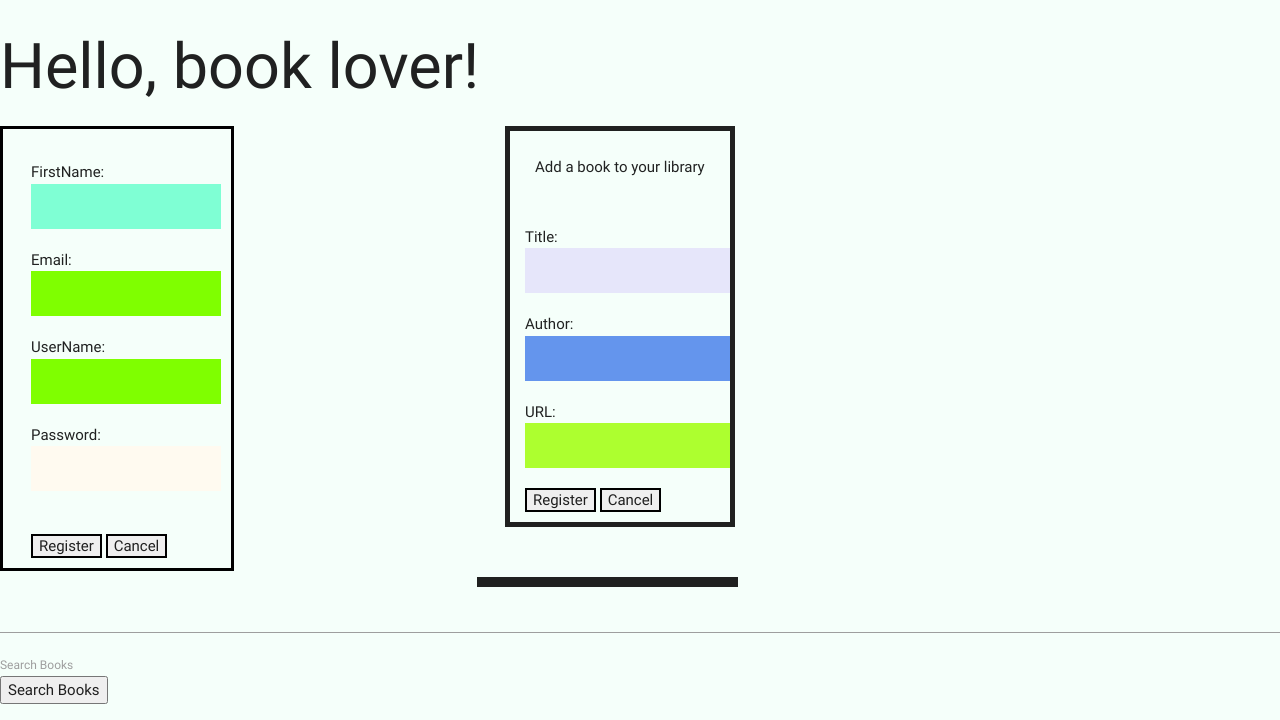
Repository: IuliaGusatu/cloudcomputingProjectSIMPREGusatuIulia
Page: environment/frontend/index.html
The author's editor kept a record of every edit. The page is drawn from the files as they stood at one moment, then again after the next edit.
The browser window is 1280 px wide. The pictures show the whole page.
The page's requests for data from a server got no answer.

Above is the page before.

### environment/frontend/index.html

<!DOCTYPE html>
<html style="background-color: mintcream;">
    <head>
         <link rel="stylesheet" href="https://cdnjs.cloudflare.com/ajax/libs/materialize/0.100.2/css/materialize.min.css">

        <title>BooksMania</title>
    </head>
    <body>
        <h1>Hello, book lover!</h1>
        <div style ="display: inline-block">
            <div style ="float: left; padding-left: 45px; border: 3px;border-color: black;border-style: solid;">
        <form style="margin: 10px;margin-left: -17px;">
  <input type="hidden" name="id" id="id" /><br />
  FirstName:<br />
  <input type="text" name="firstName" id="firstName" style="background-color: aquamarine;border-block-end-style: initial"/><br />
  Email:<br />
  <input type="text" name="email" id="email" style="border-block-end-style: initial;background-color: chartreuse;"><br/>
  UserName:<br />
  <input type="text" name="userName" id="userName" style="background-color: chartreuse;border-block-end-style: initial"><br/>
  Password:<br />
  <input type="text" name="password" id="password" style="background-color: floralwhite; border-block-end-style: initial"><br/>
  <br/>
  <input type="submit" value="Register" style="border-style: solid; border-color: black;" onSubmit="saveUsers()">
  <input type="reset" value="Cancel" style="border-style: solid; border-color: black;">
</form>
</div>
<div style ="float: right; margin-left:271px; border-color:black ; border-padding: 10px; border: 5px; border-style: solid;">
   <p style=" margin:25px">Add a book to your library</p>
  <form style=" margin-left: 15px;"onSubmit="saveBooks(event)">
  <input type="hidden" name="id" id="id" /><br />
  Title:<br />
  <input type="text" name="title" id="title"   style="background-color: lavender;border-block-end-style: initial"/><br />
  Author:<br />
  <input type="text" name="author" id="author" style="background-color: cornflowerblue; border-block-end-style: initial"><br/>
  URL:<br />
  <input type="text" name="url" id="url" style="background-color: greenyellow;border-block-end-style: initial"><br/>
  <input type="submit" value="Register" style=" margin-bottom: 10px;border-style: solid;border-color: black;">
  <input type="reset" value="Cancel"style="border-style: solid;border-color: black;">
</form>
</div>
</div>
<div   onSubmit ="showBooks()"id ="table"style="border-color:black ; border-padding: 10px; border: 5px; border-style: solid; margin-right: 542px; margin-left: 477px;">

</div>
<div id="search" >
		<form id="myform">
			<div >
				<input type="search" id="books">
				<label for="search">Search Books</label>
			</div>
			<button >Search Books</button>
		</form>
	</div>
	<div id="result">

	</div>

<script src="https://unpkg.com/axios/dist/axios.min.js"></script>
 <script
    src="https://code.jquery.com/jquery-3.3.1.min.js"
    integrity="sha256-FgpCb/KJQlLNfOu91ta32o/NMZxltwRo8QtmkMRdAu8="
    crossorigin="anonymous"></script>

<script>

    $(document).ready(function() {
        console.log('Hello from JQuery')
        showBooks()
    })
function showBooks() {
    axios.get('/books').then(function(results) {

        let html = ` <table style="width:500px;">
                <tr>
                    <th style="padding:10px">ID</th>
                    <th style="padding:10px">Title</th>
                    <th style="padding:10px">Author</th>
                    <th style="padding:10px">URL</th>

                </tr>`

        results.data.forEach(function(element) {
            html += `<tr>
                        <td>${element.id}</td>
                        <td>${element.title}</td>
                        <td>${element.author}</td>
                        <td>${element.url}</td>
                        <td>
                            <button onClick="editBooks(${element.id})" onClick="editBooks">Edit</button>
                            <button onClick="deleteBooks(${element.id})" onClick="deleteBooks">Delete</button>
                        </td>
                    </tr>`
        })

        html += `</table>`

        $('#table').html(html)
    }).catch(function(error) {
        console.log(error)
    })
}
function saveBooks(event) {
    event.preventDefault()

    let id = $('#id').val()
    let title = $('#title').val()
    let author = $('#author').val()
    let url = $('#url').val()

    if(id) {
        //make a request to PUT /messages/:id
  axios.put('/books/'+id, {
    title: title,
    author: author,
    url: url
}).then(function(result) {
    showBooks()
    $(event.target).trigger("reset")
}).catch(function(err) {
    alert('Resource could not be saved')
})
    } else {
        //make a request to POST /messages
axios.post('/books', {
    title: title,
    author: author,
    url: url
}).then(function(result) {
    showBooks()
    $(event.target).trigger("reset")
}).catch(function(err) {
    alert('Resource could not be saved')
})
    }

}

 function editBooks(id) {
    //get the values from the server
    axios.get('/books/'+id).then(function(result) {
        //display values in the form
        $('#id').val(result.data.id)
        $('#title').val(result.data.title)
        $('#author').val(result.data.author)
        $('#url').val(result.data.url)
    }).catch(function(err) {
        console.log(err)
        alert('Could not find resource')
    })
}

function deleteBooks(id) {
    axios.delete('/books/'+id).then(function(result) {
        showBooks()
    }).catch(function(err) {
        alert('Resource could not delete resource')
    })
}
function saveUsers(event) {
    event.preventDefault()

    let id = $('#id').val()
    let firstName = $('#firstName').val()
    let email = $('#email').val()
    let userName = $('#userName').val()
    let password = $('#password').val()
    if(id) {
        //make a request to PUT /messages/:id
  axios.put('/users/'+id, {
    firstName: firstName,
    email: email,
    userName: userName,
    password: password
}).then(function(result) {

    $(event.target).trigger("reset")
}).catch(function(err) {
    alert('Resource could not be saved')
})
    } else {
        //make a request to POST /messages
axios.post('/users', {
    firstName: firstName,
    email: email,
    userName: userName,
    password: password
}).then(function(result) {

    $(event.target).trigger("reset")
}).catch(function(err) {
    alert('Resource could not be saved')
})
    }

}


$(document).ready(function(){

   $("#myform").submit(function(){

   	  var search = $("#books").val();
   	  if(search == "")
   	  {
   	  	alert("Please enter something in the field");
   	  }
   	  else{
   	  var url = "";
   	  var img = "";
      var title = "";
      var author = "";

   	  $.get("https://www.googleapis.com/books/v1/volumes?q=" + search,function(response){

          for(i=0;i<response.items.length;i++)
          {
           title=$('<h5 >' + response.items[i].volumeInfo.title + '</h5>');
           author=$('<h5 > By:' + response.items[i].volumeInfo.authors + '</h5>');
           img = $('<img ><br><a href=' + response.items[i].volumeInfo.infoLink + '><button id="imagebutton" >Read More</button></a>');
           url= response.items[i].volumeInfo.imageLinks.thumbnail;
           img.attr('src', url);
           title.appendTo('#result');
           author.appendTo('#result');
           img.appendTo('#result');
          }
   	  });

      }
      return false;
   });

});

</script>


    </body>
</html>

After the next edit:
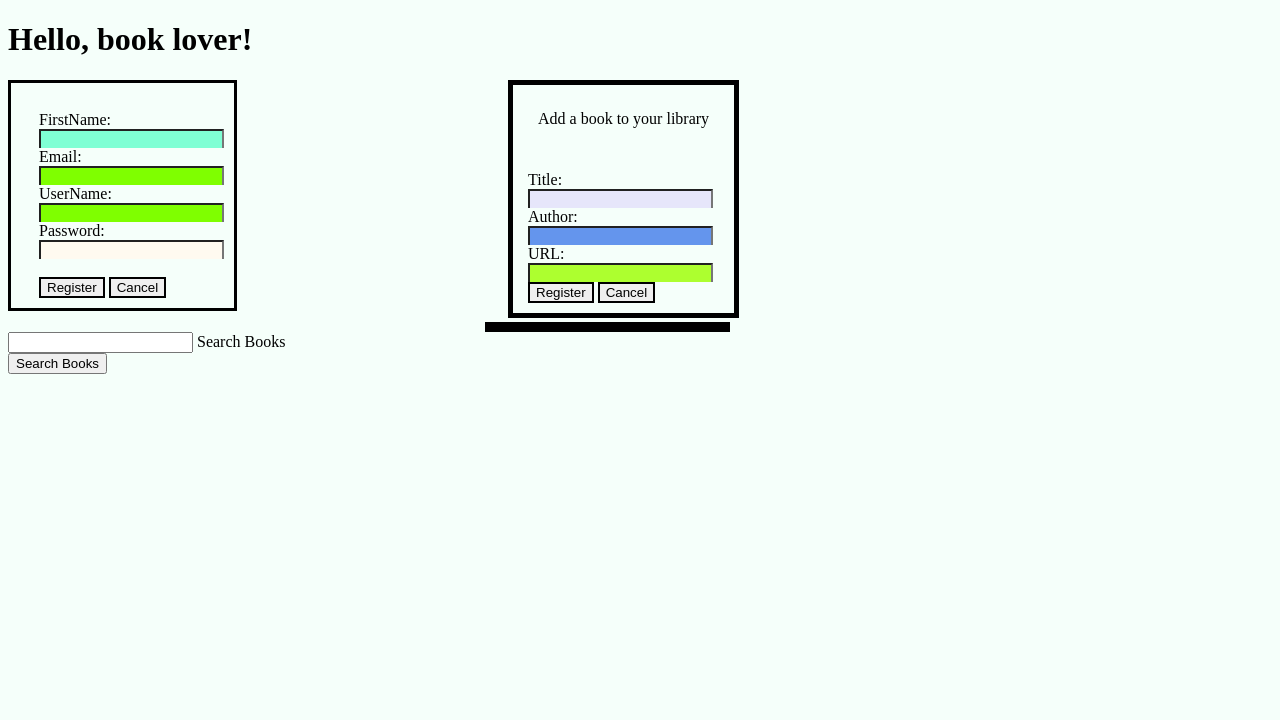
The edit:
--- a/environment/frontend/index.html
+++ b/environment/frontend/index.html
@@ -2,7 +2,6 @@
 <!DOCTYPE html>
 <html style="background-color: mintcream;">
     <head>
-         <link rel="stylesheet" href="https://cdnjs.cloudflare.com/ajax/libs/materialize/0.100.2/css/materialize.min.css">
 
         <title>BooksMania</title>
     </head>
